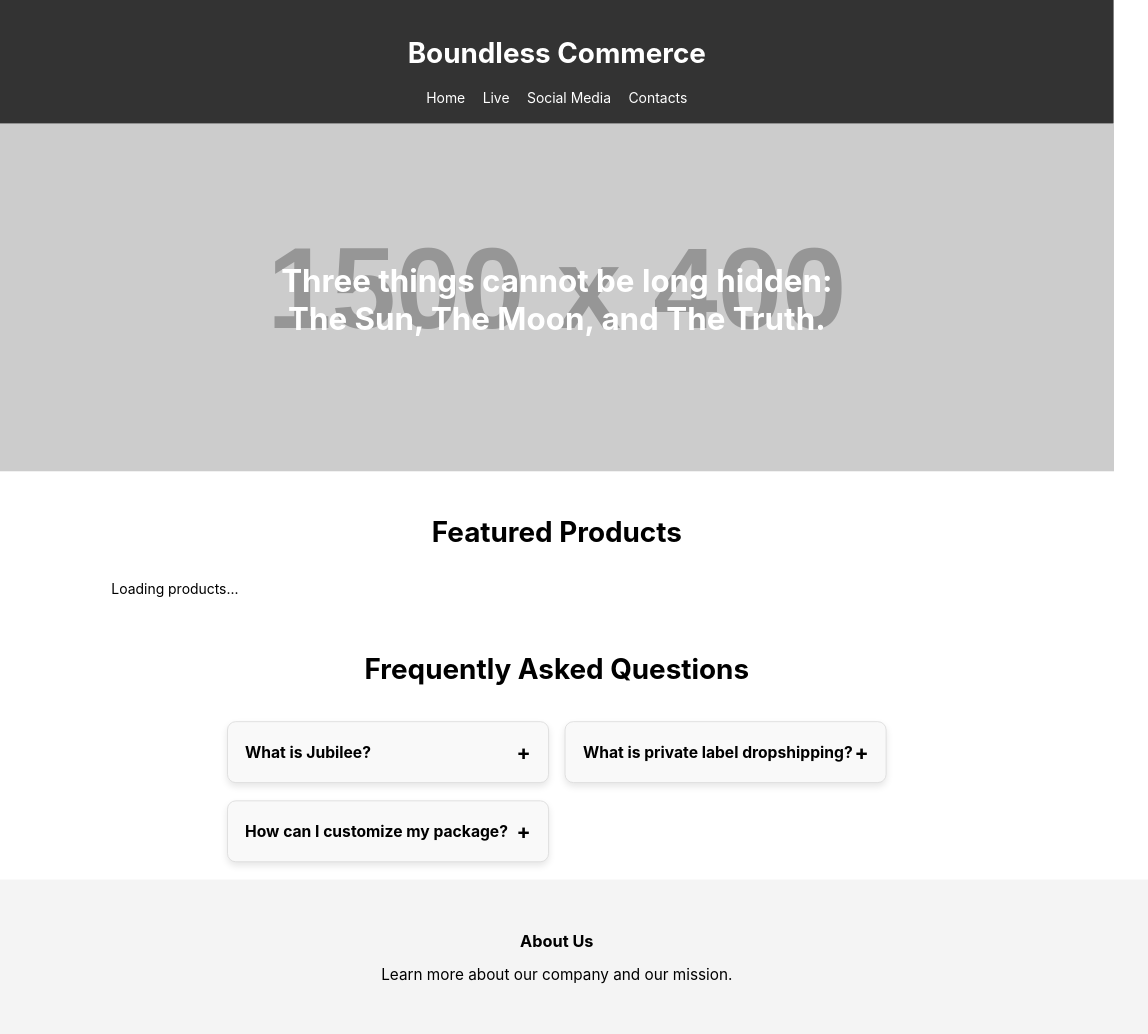
Repository: Nn-Exe/chunar-ecommerce
Page: / (app in ecommerce-frontend/)
These files come from the project's save history. The page is drawn as it stood at one moment and after the next save; the edit follows.
The browser window is 1280 px wide. The page is 1320 px wide, so the pictures cover 1320 px, including what lies to the right of the window. The pictures show the whole page, at 87% of full size.
The page's requests for data from a server got no answer. The project was rebuilt for these pictures with package versions that can differ from the ones it lists, and the page was loaded fresh each time. No one was signed in, and anything a server would have sent is missing.

Above is the page before, as saved 2024-09-11 14:25:28.

### ecommerce-frontend/src/App.js
import React, { useState, useEffect } from 'react';
import './App.css';
import { BrowserRouter as Router, Route, Routes } from 'react-router-dom';  // Importing React Router
import Navbar from './components/Navbar';  // Correct way to import default export
import HeroSection from './components/HeroSection';  // Correct way to import default export
import ProductList from './components/ProductList';  // Correct way to import default export
import Faq from './components/Faq';  // Import the Faq component from the components folder

// Home page component (the default view)
function Home({ products }) {
  return (
    <div className="home-page">
      {/* Hero Section */}
      <div className="hero-container">
        <HeroSection />
      </div>

      {/* Featured Products Section */}
      <section className="products-section">
        <div className="section-header">
          <h2>Featured Products</h2>
        </div>

        <div className="product-grid">
          <ProductList products={products} />
        </div>
      </section>

      <br />

      {/* FAQ Section */}
      <Faq />  {/* Using the imported Faq component */}

      {/* Add more sections here */}

      <br />

      <section className="about-section">
        <div className="about-content">
          <h3>About Us</h3>
          <p>Learn more about our company and our mission.</p>
        </div>
      </section>
    </div>
  );
}

// Other page components
function Live() {
  return <h2>Live Page</h2>;
}

function Contacts() {
  return <h2>Contacts Page</h2>;
}

function SocialMedia() {
  // External link can be opened using an anchor tag, so no need for a separate page.
  window.location.href = "https://linktr.ee/chunar.co";  // Redirect to external social media page
  return null;
}

function App() {
  const [products, setProducts] = useState([]);

  useEffect(() => {
    fetch('http://localhost:5000/api/products')
      .then((response) => response.json())
      .then((data) => setProducts(data))
      .catch((error) => console.error('Error fetching products:', error));
  }, []);

  return (
    <Router>
      <div className="App">
        <header className="App-header">
          <h1>Boundless Commerce</h1>
          <Navbar />
        </header>

        <Routes>
          {/* Home page route */}
          <Route path="/" element={<Home products={products} />} />

          {/* Other pages */}
          <Route path="/live" element={<Live />} />
          <Route path="/contacts" element={<Contacts />} />

          {/* Redirect to external social media link */}
          <Route path="/social-media" element={<SocialMedia />} />
        </Routes>
      </div>
    </Router>
  );
}

export default App;

### ecommerce-frontend/src/App.css
/* ------------- Main Structure ------------ */

.App-header {
  background-color: #333;
  color: white;
  padding: 20px;
  text-align: center;
}

nav ul {
  list-style-type: none;
  padding: 0;
  margin: 0;
  display: flex;
  justify-content: center;
  gap: 20px;
}

nav ul li a {
  color: white;
  text-decoration: none;
  font-size: 16px;
}

.hero {
  position: relative;
  text-align: center;
}

.hero-banner {
  width: 100%;
  height: 400px;
  object-fit: cover;
}

.hero-text {
  position: absolute;
  top: 50%;
  left: 50%;
  transform: translate(-50%, -50%);
  color: white;
  font-size: 24px;
  font-weight: bold;
}

.products {
  padding: 40px;
  text-align: center;
}

.product-list {
  display: grid;
  grid-template-columns: repeat(5, 1fr);
  gap: 20px;
}

.product-card {
  border: 1px solid #ddd;
  padding: 20px;
  text-align: center;
  transition: transform 0.3s;
}

.product-card img {
  max-width: 100%;
  height: auto;
  margin-bottom: 10px;
}

.product-card:hover {
  transform: scale(1.05);
}


.product-card img {
  width: 200px;
  height: 200px;
  object-fit: cover;   /* Ensures the image covers the given area */
  border-radius: 10px; /* Optional: adds rounded corners */
}



/* ----------- Home Div -------------- */

/* App.css */

.home-page {
  display: flex;
  flex-direction: column;
  align-items: center;
}

/* Hero Section */
.hero-container {
  width: 100%;
  margin-bottom: 20px;
}

/* Products Section */
.products-section {
  width: 80%;
  margin: 0 auto;
}

.section-header h2 {
  text-align: center;
  font-size: 2rem;
  margin-bottom: 20px;
}

/* Product Grid
.product-grid {
  display: grid;
  grid-template-columns: repeat(3, 1fr);
  gap: 20px;
}

.product-card {
  border: 1px solid #ddd;
  padding: 20px;
  text-align: center;
} */

/* About Section */
.about-section {
  background-color: #f4f4f4;
  padding: 40px;
  width: 100%;
  text-align: center;
}

.about-section h3 {
  margin-bottom: 10px;
}

.about-section p {
  font-size: 1.1rem;
}


/* ----------- FAQ Section ---------------- */


/* Center the FAQ section */
.faq-section {
  max-width: 1200px;
  margin: 0 auto;
  text-align: center; /* Center the FAQ header */
}

/* Style the header separately */
.faq-section h2 {
  font-size: 32px;
  margin-bottom: 40px;
}

/* Grid layout for the FAQ items (excluding the header) */
.faq-items {
  display: grid;
  grid-template-columns: repeat(2, minmax(0, 1fr)); /* Two columns per row, independent sizing */
  gap: 20px; /* Space between the FAQ items */
  justify-items: center; /* Center the items */
  align-items: start; /* Align items at the top */
}

/* Style each FAQ item */
.faq-item {
  border: 1px solid #ddd;
  border-radius: 10px;
  width: 100%; /* Ensure FAQ bubbles are the same size initially */
  background-color: #f9f9f9;
  box-shadow: 0 4px 8px rgba(0, 0, 0, 0.1);
  transition: transform 330ms ease-in-out; /* Smooth scaling transition */
  transform-origin: center; /* Ensures scaling happens from the center */
}

.faq-item.active {
  transform: scale(1.05); /* Scale up slightly on toggle */
}

.faq-item:hover {
  transform: scale(1.02); /* Slightly enlarge on hover */
}

/* Style the FAQ question (clickable area) */
.faq-question {
  padding: 20px;
  cursor: pointer;
  display: flex;
  justify-content: space-between;
  align-items: center;
  font-weight: bold;
  font-size: 18px;
}

/* Style the FAQ answer */
.faq-answer {
  padding: 0 20px;
  overflow: hidden;
  max-height: 0; /* Initially hidden */
  opacity: 0;
  transition: max-height 0.5s ease, opacity 0.5s ease; /* Smooth animation */
}

/* When the FAQ item is active, show the answer with a smooth transition */
.faq-item.active .faq-answer {
  max-height: 500px; /* Adjust based on expected content height */
  opacity: 1;
  padding-bottom: 20px; /* Add padding for better spacing when expanded */
}

/* Style the icon for toggling */
.icon {
  font-size: 24px;
  font-weight: bold;
  transition: transform 0.3s ease; /* Smoothly rotate the icon */
}

.faq-item.active .icon {
  transform: rotate(45deg); /* Rotate icon when active */
}

### ecommerce-frontend/src/components/Navbar.js
import React from 'react';
import { Link } from 'react-router-dom';

function Navbar() {
  return (
    <nav>
      <ul>
        <li><Link to="/">Home</Link></li>  {/* Links to the home page */}
        <li><Link to="/live">Live</Link></li>  {/* Links to the live page */}
        <li><a href="https://linktr.ee/chunar.co" target="_blank" rel="noopener noreferrer">Social Media</a></li> {/* Opens external link in new tab */}
        <li><Link to="/contacts">Contacts</Link></li>  {/* Links to the contacts page */}
      </ul>
    </nav>
  );
}

export default Navbar;

### ecommerce-frontend/src/components/HeroSection.js
import React from 'react';

function HeroSection() {
  return (
    <section className="hero">
      <img src="https://via.placeholder.com/1500x400" alt="Banner" className="hero-banner" />
      <div className="hero-text">
        <h2>Three things cannot be long hidden: The Sun, The Moon, and The Truth.</h2>
      </div>
    </section>
  );
}

export default HeroSection;  // Ensure you have this line

### ecommerce-frontend/src/components/ProductList.js
import React from 'react';

function ProductList({ products }) {
  return (
    <div className="product-list">
      {products.length === 0 ? (
        <p>Loading products...</p>
      ) : (
        products.map((product) => (
          <div key={product.id} className="product-card">
              <img
                src={product.image}
                alt={product.name}
                className="product-image"
              />
            <h3>{product.name}</h3>
            <p>{product.description}</p>
            <p>${product.price}</p>
          </div>
        ))
      )}
    </div>
  );
}

export default ProductList;

### ecommerce-frontend/src/components/Faq.js
import React, { useState } from 'react';

const Faq = () => {
  const [activeIndex, setActiveIndex] = useState(null);

  const toggleFaq = (index) => {
    setActiveIndex(activeIndex === index ? null : index);
  };

  return (
    <div className="faq-section">
      <h2>Frequently Asked Questions</h2>

      <div className="faq-items"> {/* Grid layout for the items */}
        <div className={`faq-item ${activeIndex === 0 ? 'active' : ''}`}>
          <div className="faq-question" onClick={() => toggleFaq(0)}>
            <span>What is Jubilee?</span>
            <span className="icon">{activeIndex === 0 ? '-' : '+'}</span>
          </div>
          {activeIndex === 0 && (
            <div className="faq-answer">
              <p>Jubilee is a dropshipping marketplace that lets you build your own cosmetic and skincare line with minimal upfront costs...</p>
            </div>
          )}
        </div>

        <div className={`faq-item ${activeIndex === 1 ? 'active' : ''}`}>
          <div className="faq-question" onClick={() => toggleFaq(1)}>
            <span>What is private label dropshipping?</span>
            <span className="icon">{activeIndex === 1 ? '-' : '+'}</span>
          </div>
          {activeIndex === 1 && (
            <div className="faq-answer">
              <p>Private label dropshipping allows you to sell products from suppliers with your own branding...</p>
            </div>
          )}
        </div>

        <div className={`faq-item ${activeIndex === 2 ? 'active' : ''}`}>
          <div className="faq-question" onClick={() => toggleFaq(2)}>
            <span>How can I customize my package?</span>
            <span className="icon">{activeIndex === 2 ? '-' : '+'}</span>
          </div>
          {activeIndex === 2 && (
            <div className="faq-answer">
              <p>Private labeling is a great way to showcase your brand...</p>
            </div>
          )}
        </div>
      </div>
    </div>
  );
};

export default Faq;

Loaded but not shown: ecommerce-frontend/public/index.html (common file); ecommerce-frontend/src/index.js (common file); ecommerce-frontend/src/index.css (common file); ecommerce-frontend/src/reportWebVitals.js (common file)

After the next save:
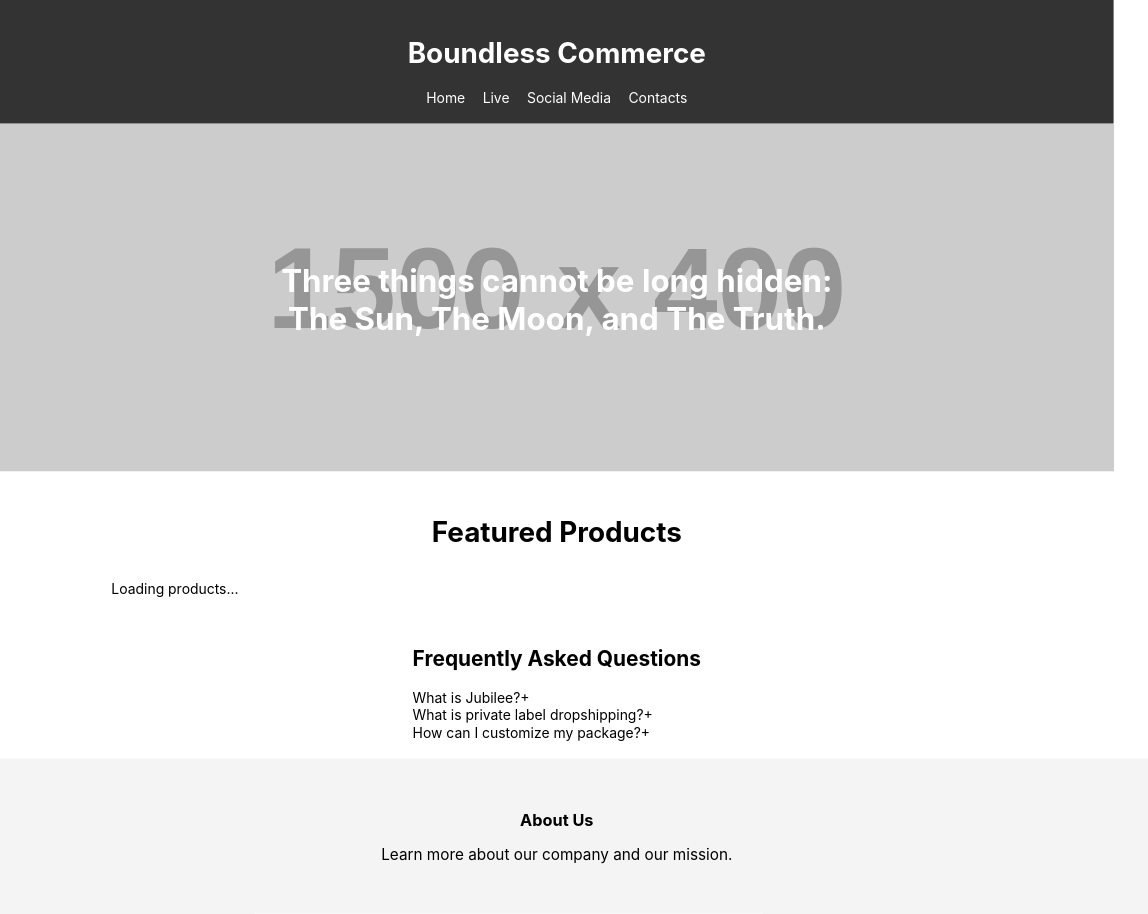
Saved 7 min 46 s later.
--- a/ecommerce-frontend/src/App.css
+++ b/ecommerce-frontend/src/App.css
@@ -140,83 +140,3 @@ nav ul li a {
 
 
 /* ----------- FAQ Section ---------------- */
-
-
-/* Center the FAQ section */
-.faq-section {
-  max-width: 1200px;
-  margin: 0 auto;
-  text-align: center; /* Center the FAQ header */
-}
-
-/* Style the header separately */
-.faq-section h2 {
-  font-size: 32px;
-  margin-bottom: 40px;
-}
-
-/* Grid layout for the FAQ items (excluding the header) */
-.faq-items {
-  display: grid;
-  grid-template-columns: repeat(2, minmax(0, 1fr)); /* Two columns per row, independent sizing */
-  gap: 20px; /* Space between the FAQ items */
-  justify-items: center; /* Center the items */
-  align-items: start; /* Align items at the top */
-}
-
-/* Style each FAQ item */
-.faq-item {
-  border: 1px solid #ddd;
-  border-radius: 10px;
-  width: 100%; /* Ensure FAQ bubbles are the same size initially */
-  background-color: #f9f9f9;
-  box-shadow: 0 4px 8px rgba(0, 0, 0, 0.1);
-  transition: transform 330ms ease-in-out; /* Smooth scaling transition */
-  transform-origin: center; /* Ensures scaling happens from the center */
-}
-
-.faq-item.active {
-  transform: scale(1.05); /* Scale up slightly on toggle */
-}
-
-.faq-item:hover {
-  transform: scale(1.02); /* Slightly enlarge on hover */
-}
-
-/* Style the FAQ question (clickable area) */
-.faq-question {
-  padding: 20px;
-  cursor: pointer;
-  display: flex;
-  justify-content: space-between;
-  align-items: center;
-  font-weight: bold;
-  font-size: 18px;
-}
-
-/* Style the FAQ answer */
-.faq-answer {
-  padding: 0 20px;
-  overflow: hidden;
-  max-height: 0; /* Initially hidden */
-  opacity: 0;
-  transition: max-height 0.5s ease, opacity 0.5s ease; /* Smooth animation */
-}
-
-/* When the FAQ item is active, show the answer with a smooth transition */
-.faq-item.active .faq-answer {
-  max-height: 500px; /* Adjust based on expected content height */
-  opacity: 1;
-  padding-bottom: 20px; /* Add padding for better spacing when expanded */
-}
-
-/* Style the icon for toggling */
-.icon {
-  font-size: 24px;
-  font-weight: bold;
-  transition: transform 0.3s ease; /* Smoothly rotate the icon */
-}
-
-.faq-item.active .icon {
-  transform: rotate(45deg); /* Rotate icon when active */
-}
